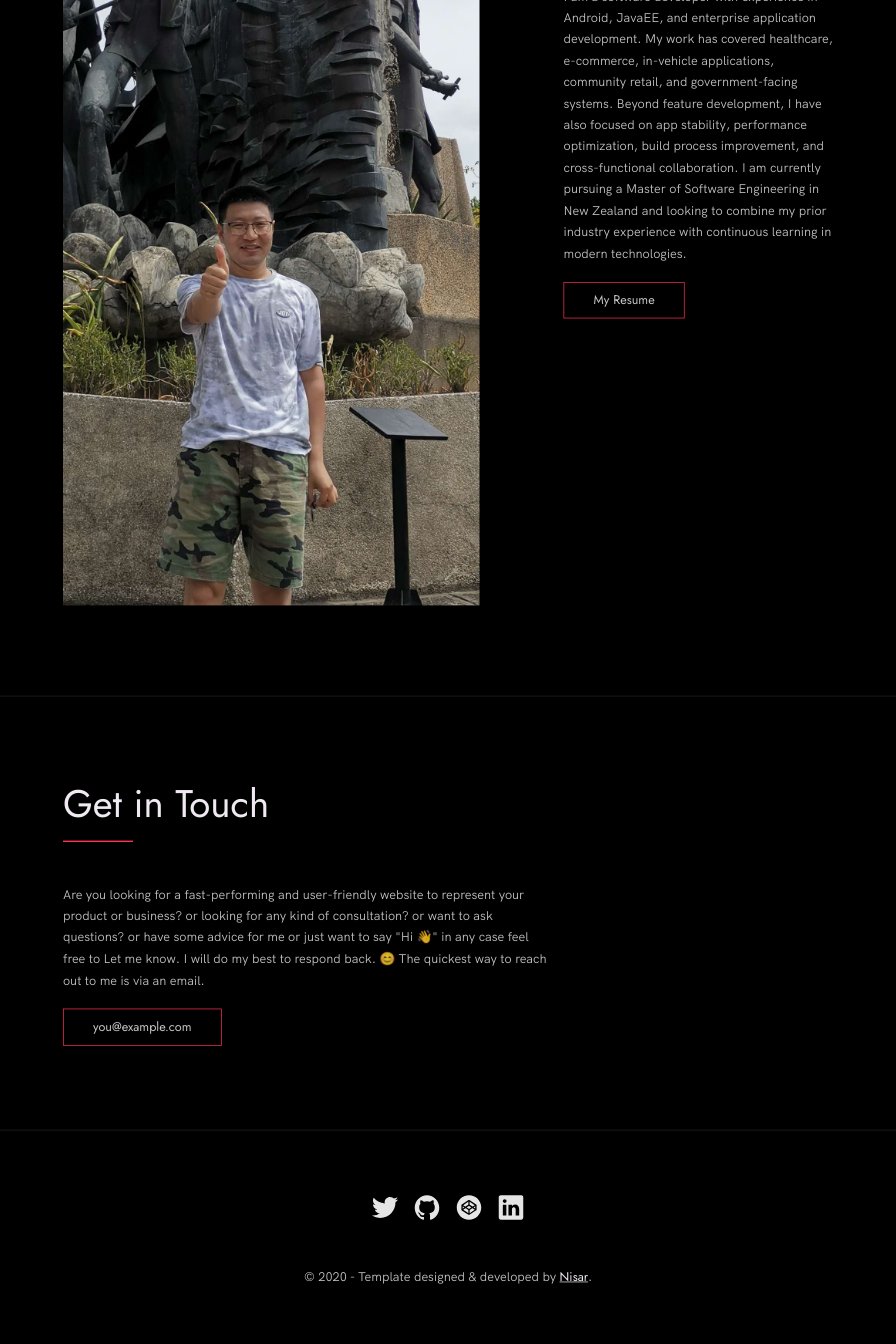
Repository: flyWithWater/portfolio
Page: index.html
An editor plug-in stored every save of this project. The page is shown before and after the next save, followed by the edit.
The browser window is 1280 px wide. The pictures show the part of the page from y = 4257 to 6177 px (the page is 6177 px tall), at 70% of full size.
Pictures or frames that could not be fetched are drawn as grey boxes. Backgrounds fixed to the window are drawn as part of the page.

Above is the page before, as saved 2026-04-15 17:22:21.

### index.html
<!--
  Hello 😊.

  This template is designed and developed by Nisar Hassan Naqvi
  for anyone to use for free or customize the way they like.

  Github Repo: https://github.com/nisarhassan12/portfolio-template/
  My Website: https://nisar.dev

  For business & inquires, contact me => syednisarhassan12@gmail.com
-->

<!--
  Follow the instructions written in comments to create your stunning portfolio
-->

<!DOCTYPE html>
<html lang="en">

<head>
  <meta charset="UTF-8" />
  <meta name="viewport" content="width=device-width, initial-scale=1.0" />
  <link rel="shortcut icon" type="image/png" href="./images/favicon.png" />

  <!-- Put your site title here -->
  <title>
    Shane Zhang | A Back-End & Android Developer based in Auckland, New Zealand.
  </title>

  <meta name="description" content="Add small description of yourslef.">
  <!-- Add some coding keywords below, Ex: (React, CSS etc) -->
  <meta name="keywords" content="Put your name, skills and some coding keywords" />
  <link rel="stylesheet" href="index.css" />
</head>

<body>

  <!-- ***** Header ***** -->

  <header class="header" role="banner" id="top">
    <div class="row">
      <nav class="nav" role="navigation">
        <ul class="nav__items">
          <li class="nav__item"><a href="#work" class="nav__link">Work</a></li>
          <li class="nav__item"><a href="#clients" class="nav__link">Clients</a></li>
          <li class="nav__item">
            <a href="#about" class="nav__link">About</a>
          </li>
          <li class="nav__item">
            <a href="#contact" class="nav__link">Contact</a>
          </li>
        </ul>
      </nav>
    </div>
    <div class="header__text-box row">
      <div class="header__text">
        <h1 class="heading-primary">
          <!-- Replace the following name with your name -->
          <span>Changsheng Zhang</span>
        </h1>
        <!-- Put a small paragraph about yourself -->
        <p>A Back-End,Android App Developer, Researcher based in Auckland, New Zealand.</p>
        <a href="#contact" class="btn btn--pink">Get in touch</a>
      </div>
    </div>
  </header>

  <main role="main">

    <!-- ***** Work ***** -->

    <section class="work" id="work">
      <div class="row">
        <h2>My Work Skills</h2>
        <div class="work__boxes">

          <!-- Each div with the work__box class is a project. -->

          <div class="work__box">
            <div class="work__text">
              <h3>Portfolio Template</h3>
              <p>
                A free Open Source Portfolio for anyone to use for free.
              </p>
              <ul class="work__list">
                <li>HTML</li>
                <li>SCSS</li>
                <li>JavaScript</li>
                <li>Parcel</li>
                <li>JavaScript</li>
                <li>JavaScript</li>
                <li>JavaScript</li>
                <li>JavaScript</li>
                <li>JavaScript</li>
                <li>JavaScript</li>
                <li>JavaScript</li>
                <li>JavaScript</li>
                <li>JavaScript</li>
                <li>JavaScript</li>
                <li>JavaScript</li>
              </ul>

              <div class="work__links">
                <a href="https://changshengzhang.tech" target="_blank" class="link__text">
                  Visit Site <span>&rarr;</span>
                </a>
                <a href="https://github.com/flyWithWater" title="View Source Code" target="_blank">
                  <img src="./images/github.svg" class="work__code" alt="GitHub">
                </a>
              </div>
            </div>
            <div class="work__image-box">
              <img src="./images/project-1.png" class="work__image" alt="Project 1" />
            </div>
          </div>

          <div class="work__box">
            <div class="work__text">
              <h3>Calculator</h3>
              <p>
                Lorem ipsum dolor sit amet consectetur adipisicing elit. Quod,
                eius.
              </p>
              <ul class="work__list">
                <li>React</li>
                <li>Next.js</li>
                <li>Node</li>
                <li>MongoDB</li>
              </ul>

              <div class="work__links">
                <a href="#" class="link__text">
                  Visit Site <span>&rarr;</span>
                </a>
                <a href="#">
                  <img src="./images/github.svg" class="work__code" title="View Source Code" alt="GitHub">
                </a>
              </div>
            </div>
            <div class="work__image-box">
              <img src="./images/project-2.png" class="work__image" alt="Project 1" />
            </div>
          </div>

          <div class="work__box">
            <div class="work__text">
              <h3>Notificator</h3>
              <p>
                Lorem ipsum dolor sit amet consectetur adipisicing elit. Quod,
                eius.
              </p>
              <ul class="work__list">
                <li>React</li>
                <li>Next.js</li>
                <li>Node</li>
                <li>MongoDB</li>
              </ul>

              <div class="work__links">
                <a href="#" class="link__text">
                  Visit Site <span>&rarr;</span>
                </a>
                <a href="#">
                  <img src="./images/github.svg" class="work__code" title="View Source Code" alt="GitHub">
                </a>
              </div>
            </div>
            <div class="work__image-box">
              <img src="./images/project-3.png" class="work__image" alt="Project 3" />
            </div>
          </div>
        </div>
      </div>
    </section>

    <!-- ***** Clients ***** -->

    <section class="client" id="clients">
      <div class="row">
        <h2>Clients</h2>
        <div class="client__logos">
          <!-- Add logos of the clients or companies you'have worked with. -->
          <img src="./images/ronjones.png" class="client__logo" alt="Company 2" />
          <img src="./images/goldengrid.png" class="client__logo" alt="Company 3" />
          <img src="./images/bullseye.png" class="client__logo" alt="Company 1" />
          <img src="./images/mighty-furnitures.png" class="client__logo" alt="Company 1" />
          <img src="./images/fastlane.png" class="client__logo" alt="Company 3" />
          <img src="./images/chippy.png" class="client__logo" alt="Company 1" />
        </div>
      </div>
    </section>

    <!-- ***** About ***** -->

    <section class="about" id="about">
      <div class="row">
        <h2>About Me</h2>
        <div class="about__content">
          <div class="about__text">
            <!-- Replace the below paragraph with info about yourself -->
            <p>
              I am a software developer with experience in Android, JavaEE, and enterprise application development. My work has covered healthcare, e-commerce, in-vehicle applications, community retail, and government-facing systems. Beyond feature development, I have also focused on app stability, performance optimization, build process improvement, and cross-functional collaboration. I am currently pursuing a Master of Software Engineering in New Zealand and looking to combine my prior industry experience with continuous learning in modern technologies.
            </p>
            <!-- Provide a link to your resume -->
            <a href="#" class="btn">My Resume</a>
          </div>

          <div class="about__photo-container">
            <!-- Add a nice photo of yourself -->
            <img class="about__photo" src="./images/photo_of_me.jpg" alt="" />
          </div>
        </div>
      </div>
    </section>
  </main>

  <!-- ***** Contact ***** -->

  <section class="contact" id="contact">
    <div class="row">
      <h2>Get in Touch</h2>
      <div class="contact__info">
        <p>
          Are you looking for a fast-performing and user-friendly website to
          represent your product or business? or looking for any kind of
          consultation? or want to ask questions? or have some advice for me
          or just want to say "Hi 👋" in any case feel free to Let me know. I
          will do my best to respond back. 😊 The quickest way to reach out to
          me is via an email.
        </p>
        <!-- Replace the email with yours -->
        <a href="mailto:you@example.com" class="btn">you@example.com</a>
      </div>
    </div>
  </section>

  <!-- ***** Footer ***** -->

  <footer role="contentinfo" class="footer">
    <div class="row">
      <!-- Update the links to point to your accounts -->
      <ul class="footer__social-links">
        <li class="footer__social-link-item">
          <a href="https://twitter.com/nisarhassan12/" title="Link to Twitter Profile">
            <img src="./images/twitter.svg" class="footer__social-image" alt="Twitter">
          </a>
        </li>
        <li class="footer__social-link-item">
          <a href="https://github.com/nisarhassan12/" title="Link to Github Profile">
            <img src="./images/github.svg" class="footer__social-image" alt="Github">
          </a>
        </li>
        <li class="footer__social-link-item">
          <a href="https://codepen.io/nisar_hassan" title="Link to Codepen Profile">
            <img src="./images/codepen.svg" class="footer__social-image" alt="Codepen">
          </a>
        </li>
        <li class="footer__social-link-item">
          <a href=https://www.linkedin.com/in/nisar-hassan-naqvi-413466199/">
            <img src="./images/linkedin.svg" title="Link to Linkedin Profile" class="footer__social-image" alt="Linkedin">
          </a>
        </li>
      </ul>

      <!-- If you give me some credit by keeping the below paragraph, will be huge for me 😊 Thanks. -->
      <p>
        &copy; 2020 - Template designed & developed by <a href="https://nisar.dev" class="link">Nisar</a>.
      </p>
      <div class="footer__github-buttons">
        <iframe
          src="https://ghbtns.com/github-btn.html?user=nisarhassan12&repo=portfolio-template&type=watch&count=true"
          frameborder="0" scrolling="0" width="170" height="20" title="Watch Portfolio Template on GitHub">
        </iframe>
      </div>
    </div>
  </footer>

  <a href="#top" class="back-to-top" title="Back to Top">
    <img src="./images/arrow-up.svg" alt="Back to Top" class="back-to-top__image"/>
  </a>
  <script src="./index.js"></script>
</body>

</html>

### index.css
/* --------------------------------------- */
/* ----- Basic Setup ----- */
/* --------------------------------------- */

@font-face {
    font-family: 'Hk Grotesk';
    font-style: normal;
    font-weight: 400;
    src: url('./fonts/HKGrotesk-Regular.woff') format('woff');
}

@font-face {
    font-family: 'Jost';
    font-style: normal;
    font-weight: 400;
    src: url('./fonts/Jost-Regular.ttf') format('woff');
}

* {
    margin: 0;
    padding: 0;
    box-sizing: inherit;
}

:root {
    --font-size-small: 1.8rem;
    --font-size-normal: 2.2rem;
    --font-size-medium: 2.8rem;
    --font-size-medium-1: 3.6rem;
    --font-size-large: 5.5rem;
    --font-size-huge: 7.5rem;
    --font-stack: 'Hk Grotesk', sans-serif;

    --line-height-normal: 1.7;
    --line-height-small: 1.2;

    --black: #000;
    --pink: #ff3258;
    --white: #f0e9f2;
    --white-1: #e5e5e6da;


    --container-max-width: 1180px;
    --container-normal-width: 800px;
    --container-medium-width: 700px;
    --container-small-width: 500px;

    --gutter-huge: 12rem;
    --gutter-medium: 6rem;
    --gutter-normal: 3rem;
    --gutter-small-1: 2.5rem;
    --gutter-small: 2rem;

    --border-light: 1px solid rgb(36, 35, 35);
}

html {
    font-size: 62.5%; /* (16/10)*100 = 62.5% => 1rem = 10px */
    box-sizing: border-box;
    scroll-behavior: smooth;
}

@media(max-width: 1000px) {
    html {
        font-size: 52%;
    }
}

body {
    font-size: var(--font-size-small);
    font-family: var(--font-stack);
    font-weight: 400;
    color: var(--white-1);
    line-height: var(--line-height-normal);
    background: var(--black);
    overflow-x: hidden;
}

.row {
    max-width: var(--container-max-width);
    margin: 0 auto;
}

@media(max-width: 1340px) {
    .row {
        max-width: 1100px;
    }
}

@media(max-width: 1240px) {
    .row {
        padding: 0 var(--gutter-medium);
    }
}

@media(max-width: 600px) {
    .row {
        padding: 0 var(--gutter-normal);
    }
}

@media(max-width: 600px) {
    .row {
        padding: 0 var(--gutter-small);
    }
}

section {
    padding: var(--gutter-huge) 0;
    border-bottom: var(--border-light);
}

img {
    object-fit: contain;
    max-width: 100%;
}

/* --------------------------------------- */
/* ----- Headlines and Paragraphs ----- */
/* --------------------------------------- */

h1,
h2,
h3 {
    font-family: 'Jost', sans-serif;
    font-weight: 400;
    line-height: var(--line-height-small);
    color: var(--white);
}

.heading-primary {
    line-height: 1;
    font-size: var(--font-size-huge);
    font-weight: 400;
}

@media(max-width: 900px) {
    .heading-primary {
        font-size: 6.5rem;
    }
}

h2 {
    font-size: var(--font-size-large);
    margin-bottom: var(--gutter-medium);
}

h2::after {
    content: '';
    display: block;
    height: 2px;
    width: 10rem;
    background: var(--pink);
    margin: var(--gutter-small) 0;
}

h3 {
    font-size: var(--font-size-medium-1);
    margin-bottom: var(--gutter-small);
}

@media(max-width: 500px) {
    .heading-primary {
        font-size: var(--font-size-large);
    }

    h2 {
        font-size: var(--font-size-medium-1);
    }

    h3 {
        font-size: var(--font-size-medium);
    }
}

p {
    margin: var(--gutter-small-1) 0;
}

@media(max-width: 900px) {
    p {
        max-width: var(--container-small-width);
    }
}

/* --------------------------------------- */
/* ----- Buttons and Links ----- */
/* --------------------------------------- */

a {
    color: var(--white);
    font-weight: 400;
    font-family: 'Jost', sans-serif;
    transition: all .2s;
    outline: 2px solid transparent;
}

::-moz-focus-inner {
    border: 0;
}

button:focus,
a:focus {
    outline: 2px solid var(--pink);
}

body:not(.user-is-tabbing) button:focus,
body:not(.user-is-tabbing) a:focus {
    outline: none;
}

.link:hover {
    color: var(--pink);
}

.btn {
    position: relative;
    display: inline-block;
    padding: 1rem 4.2rem;
    text-decoration: none;
    color: inherit;
    border: 1px solid  var(--pink);
    font-weight: 400;
}

.btn:focus {
    outline: none;
}

.btn::after {
    content: '';
    display: block;
    position: absolute;
    top: 0;
    left: 0;
    right: 100%;
    background: var(--white);
    height: 100%;
    z-index: -1;
    transition: all 0.2s cubic-bezier(1, 0.68, 0.16, 0.9);
}

.btn:hover::after,
.btn:focus::after {
    right: 0;
    background: var(--pink);
}

.btn--pink {
    background: var(--pink);
    transition: all 0.2s;
}

.btn--pink::after {
    display: none;
}

.btn--pink:hover,
.btn--pink:focus {
    background: transparent;
}

.link__text {
    position: relative;
    display: inline-block;
    padding: .6rem;
    color: inherit;
    text-decoration: none;
    border-bottom: 1px solid var(--pink);
}

.link__text::after {
    content: '';
    display: block;
    position: absolute;
    top: 0;
    left: 0;
    right: 100%;
    background: var(--white);
    height: 100%;
    z-index: -1;
    transition: all 0.2s cubic-bezier(1, 0.68, 0.16, 0.9);
}

.link__text:focus {
    outline: none;
}

.link__text:hover::after,
.link__text:focus:after {
    right: 0;
    background: var(--pink);
}

.link__text span {
    padding-left: 1rem;
    font-family: sans-serif;
}

/* ----- Back to Top ----- */

.back-to-top {
    position: fixed;
    bottom: 4rem;
    right: 4rem;
    display: flex;
    justify-content: center;
    align-items: center;
    height: 5.5rem;
    width: 5.5rem;
    background-color: var(--pink);
    border-radius: 50%;
    z-index: 10;
    visibility: hidden;
    transition: all .4s;
}

.back-to-top__image {
    height: 70%;
}

@media(max-width: 900px) {
    .back-to-top {
        right: 2rem;
    }
}

@media(max-width: 500px) {
    .back-to-top {
        right: 1rem;
    }
}

/* --------------------------------------- */
/* ----- Navigation ----- */
/* --------------------------------------- */

.nav {
    display: flex;
    justify-content: flex-end;
    padding: var(--gutter-normal) 0;
}

.nav__items {
    display: flex;
    list-style: none;
}

.nav__item:not(:last-child) {
    margin-right: var(--gutter-medium);
}

@media(max-width: 500px) {
    .nav {
        justify-content: center;
    }
}

@media(max-width: 400px) {
    .nav__item:not(:last-child) {
        margin-right: var(--gutter-normal);
    }
}

@media(max-width: 300px) {
    .nav {
        font-size: var(--font-size-small);
    }
}

.nav__link {
    position: relative;
    display: inline-block;
    padding: 1rem 0;
    text-decoration: none;
    color: inherit;
    transition: all .2s;
}

.nav__link::after {
    content: '';
    position: absolute;
    bottom: 0;
    left: 0;
    right: 100%;
    display: inline-block;
    height: 1rem;
    background: var(--white);
    transition: all 0.25s cubic-bezier(1, 0.68, 0.16, 0.9);
}

.nav__link:hover {
    color: var(--pink);
}

.nav__link:hover::after {
    right: 0;
    height: 2px;
    background: var(--pink);
}

/* --------------------------------------- */
/* ----- Header ----- */
/* --------------------------------------- */

.header {
    background: linear-gradient(rgba(0,0,0, .1), rgba(0,0,0, .4)),
        url('./images/header.jpg');
    height: 100vh;
    background-size: cover;
    background-position: center;
    background-attachment: fixed;
    font-size: var(--font-size-normal);
}

.header__text {
    position: absolute;
    top: 50%;
    transform: translateY(-50%);
}

.header__text p {
    margin: 1.5rem 0 3.5rem;
    max-width: var(--container-medium-width);
    font-family: 'Jost', sans-serif;
    font-size: var(--font-size-medium);
}

@media(max-width: 500px) {
    .header {
        text-align: center;
    }

    .header__text p {
        transform: scale(.8);
    }
}

/* --------------------------------------- */
/* ----- Work ----- */
/* --------------------------------------- */

.work__box {
    display: flex;
    align-items: center;
}

@media(max-width: 900px) {
    .work__box {
        align-items: initial;
        flex-direction: column-reverse;
    }
}

.work__box:not(:last-child) {
    margin-bottom: 25rem;
}

@media(max-width: 500px) {
    .work__box:not(:last-child) {
        margin-bottom: 20rem;
    }
}

.work__links {
    display: flex;
    align-items: center;
}

.work__text {
    flex: 0 0 30%;
}

.work__list {
    /* list-style-type: square; */
    list-style-position: inside;
    margin-bottom: var(--gutter-normal);
}

.work__code {
    display: block;
    height: 3rem;
    margin-left: var(--gutter-normal);
    transition: all .3s;
}

.work__code:hover {
    transform: scale(1.2);
}

.work__image-box {
    margin-bottom: var(--gutter-normal);
}

@media(min-width: 901px) {
    .work__image-box {
        flex: 1;
        margin: 0 0 0 10rem;
    }
}

@media(max-width: 900px) {
    .work__code {
        height: 4rem;
    }
}

/* --------------------------------------- */
/* ----- Clients ----- */
/* --------------------------------------- */

.client__logos {
    display: flex;
    justify-content: space-between;
    filter: invert(100%) grayscale(100%) opacity(.8);
}

.client__logo {
    height: 6.5rem;
    max-width: 18rem;
}

@media(max-width: 1240px) {
    .client__logos {
        overflow-x: scroll;
        padding: var(--gutter-normal);
    }

    .client__logo:not(:last-of-type) {
        margin-right: var(--gutter-medium);
    }
}

/* --------------------------------------- */
/* ----- About ----- */
/* --------------------------------------- */

.about__content {
    display: flex;
    flex-direction: row-reverse;
    align-items: center;
}

@media(max-width: 900px) {
    .about__content {
        flex-direction: column-reverse;
        align-items: initial;
    }
}

.about__photo-container {
    margin-bottom: var(--gutter-normal);
}

@media(min-width: 901px) {
    .about__text {
        flex: 0 0 35%;
    }

    .about__photo-container {
        flex: 1;
        margin: 0 var(--gutter-huge) 0 0;
    }
}

/* --------------------------------------- */
/* ----- Contact ----- */
/* --------------------------------------- */

.contact__info {
    max-width: var(--container-medium-width);
}

/* --------------------------------------- */
/* ----- Footer ----- */
/* --------------------------------------- */

.footer {
    text-align: center;
    padding: var(--gutter-medium) 0 var(--gutter-normal);
}

.footer__social-links {
    display: flex;
    justify-content: center;
    padding: var(--gutter-normal) 0;
    list-style: none;
}

.footer__social-link-item:not(:last-of-type) {
    margin-right: var(--gutter-small);
}

.footer__social-image {
    height: 4rem;
}

.footer__github-buttons {
    display: flex;
    justify-content: center;
}

.footer__github-buttons iframe {
    height: 2.5rem;
    width: 84px;
    transform: translateY(3px);
}

@media(max-width: 500px) {
    .footer {
        padding: var(--gutter-medium) 0;
    }
}

Loaded but not shown: index.js (43 lines, source omitted)

After the next save:
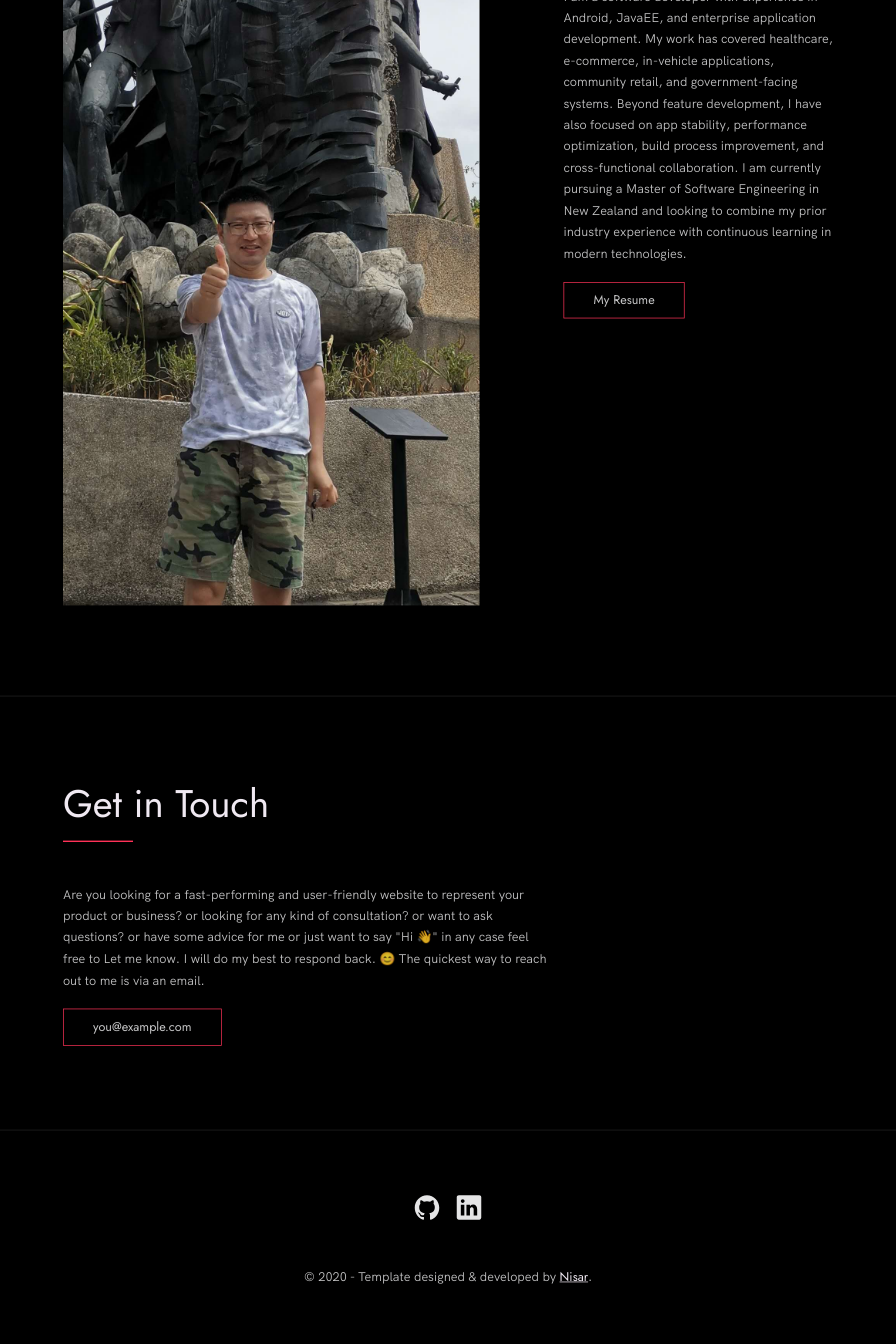
Saved 2 min 39 s later.
--- a/index.html
+++ b/index.html
@@ -240,23 +240,14 @@
     <div class="row">
       <!-- Update the links to point to your accounts -->
       <ul class="footer__social-links">
+
         <li class="footer__social-link-item">
-          <a href="https://twitter.com/nisarhassan12/" title="Link to Twitter Profile">
-            <img src="./images/twitter.svg" class="footer__social-image" alt="Twitter">
-          </a>
-        </li>
-        <li class="footer__social-link-item">
-          <a href="https://github.com/nisarhassan12/" title="Link to Github Profile">
+          <a href="https://github.com/flyWithWater" title="Link to Github Profile">
             <img src="./images/github.svg" class="footer__social-image" alt="Github">
           </a>
         </li>
         <li class="footer__social-link-item">
-          <a href="https://codepen.io/nisar_hassan" title="Link to Codepen Profile">
-            <img src="./images/codepen.svg" class="footer__social-image" alt="Codepen">
-          </a>
-        </li>
-        <li class="footer__social-link-item">
-          <a href=https://www.linkedin.com/in/nisar-hassan-naqvi-413466199/">
+          <a href="https://www.linkedin.com/in/shane-changsheng-zhang-06448831a/">
             <img src="./images/linkedin.svg" title="Link to Linkedin Profile" class="footer__social-image" alt="Linkedin">
           </a>
         </li>
